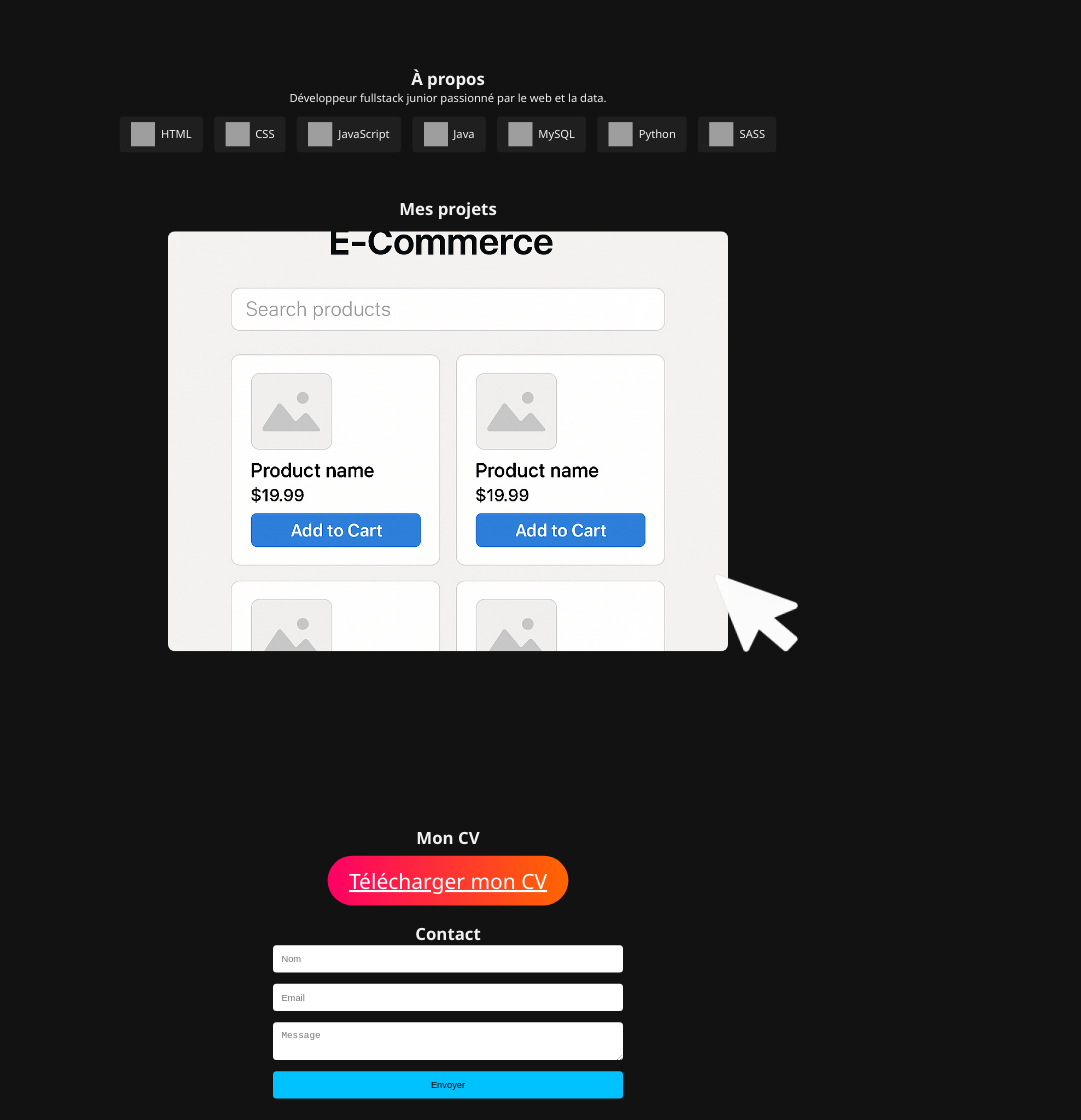
Repository: Yxniiss/ProjetCssAvance
Page: OneDrive/Bureau/Portfolio DrifYanis/home.html
These files come from the project's save history. The page is drawn as it stood at one moment and after the next save; the edit follows.
The browser window is 1280 px wide. The page is 1544 px wide, so the pictures cover 1544 px, including what lies to the right of the window. The pictures show the part of the page from y = 769 to 2369 px (the page is 2424 px tall), at 70% of full size.
Pictures or frames that could not be fetched are drawn as grey boxes.

Above is the page before, as saved 2025-04-10 11:39:08.
Console error: TypeError: Cannot set properties of null (setting 'textContent')

### OneDrive/Bureau/Portfolio DrifYanis/home.html
<!DOCTYPE html>
<html lang="fr">
<head>
  <meta charset="UTF-8" />
  <meta name="viewport" content="width=device-width, initial-scale=1.0" />
  <title>Portfolio - Yanis Drif</title>
  <link rel="stylesheet" href="/style.css" />
  <script defer src="/script.js"></script>
</head>
<body>
  <nav class="navbar">
    <div class="logo">Yanis Drif</div>
    <ul class="nav-links">
      <li><a href="#apropos">À propos</a></li>
      <li><a href="#projets">Projets</a></li>
      <li><a href="#cv">CV</a></li>
      <li><a href="#contact">Contact</a></li>
    </ul>
  </nav>

  <header class="hero">
    <img src="/image/IMG_0965 (2).jpeg" alt="Photo de profil" class="hero__image" />
    <div class="hero__content">
      <h1 class="hero__name">Yanis Drif</h1>
      <p class="hero__tagline">Développeur <span>Web</span> & Passionné de Data</p>
      <p class="hero__desc">Musique 🎧 | Jeux Vidéo 🎮 | Basket 🏀</p>
      <a href="#projets" class="btn">Voir mes projets</a>
    </div>
  </header>

  <section id="apropos" class="section about">
    <h2>À propos</h2>
    <p>Développeur fullstack junior passionné par le web et la data.</p>
    <div class="skills">
      <div class="skill"><img src="https://devicon-website.vercel.app/api/html5/original-wordmark.svg" alt="HTML">HTML</div>
      <div class="skill"><img src="https://devicon-website.vercel.app/api/css3/original-wordmark.svg" alt="CSS">CSS</div>
      <div class="skill"><img src="https://devicon-website.vercel.app/api/javascript/original.svg" alt="JavaScript">JavaScript</div>
      <div class="skill"><img src="https://devicon-website.vercel.app/api/java/original-wordmark.svg" alt="Java">Java</div>
      <div class="skill"><img src="https://devicon-website.vercel.app/api/mysql/plain-wordmark.svg" alt="MySQL">MySQL</div>
      <div class="skill"><img src="https://devicon-website.vercel.app/api/python/original-wordmark.svg" alt="Python">Python</div>
      <div class="skill"><img src="https://devicon-website.vercel.app/api/sass/original.svg" alt="SASS">SASS</div>
    </div>
  </section>

  <section id="projets" class="section projets">
    <h2>Mes projets</h2>
    <div class="projects carousel">
      <img src="image/ChatGPT Image 10 avr. 2025, 11_03_09.png" alt="Projet 1"/>
      <img src="/image/ChatGPT Image 10 avr. 2025, 11_09_31.png" alt="Projet 2" />
      <img src="/image/ChatGPT Image 10 avr. 2025, 11_11_38.png" alt="Projet 3" />
    </div>
    <div class="cursor2">
      <img src="/image/fecd8f8b-00be-49a2-b5b1-3fb5a8c2059e.png">
    </div>
  </section>

  <section id="cv" class="section cv">
    <h2>Mon CV</h2>
    <a href="/doc/CV Yanis (1) (1).pdf" download class="btn2">Télécharger mon CV</a>
  </section>

  <section id="contact" class="section contact">
    <h2>Contact</h2>
    <form class="contact-form">
      <input type="text" placeholder="Nom" required />
      <input type="email" placeholder="Email" required />
      <textarea placeholder="Message" required></textarea>
      <button type="submit">Envoyer</button>
    </form>
  </section>

  <footer>
    <p>&copy; 2025 Yanis Drif - Portfolio CSS Avancé</p>
  </footer>
</body>
</html>

### OneDrive/Bureau/Portfolio DrifYanis/style.css
* {
    margin: 0;
    padding: 0;
    box-sizing: border-box;
  }

  body {
    font-family: "Segoe UI", sans-serif;
    background-color: #121212;
    color: #f1f1f1;
  }


  .navbar {
    display: flex;
    justify-content: space-between;
    padding: 1rem 2rem;
    background-color: #1f1f1f;
  }

  .nav-links {
    display: flex;
    list-style: none;
    gap: 1.5rem;
  }

  .nav-links a {
    color: #00c2ff;
    text-decoration: none;
  }

  .hero {
    padding: 3rem 1rem;
    text-align: center;

  }

  .hero__name{
    position: relative;
    left: 280px;
    bottom:500px;

  }

  .hero__tagline{
    position: relative;
    left:280px;
    bottom:490px;
  }

  .hero__desc{
    position: relative;
    left:280px;
    bottom:490px;}

  .hero__image {
    border-radius: 25%;
    width: 400px;
    border: 1px solid #ffffff;
    margin-bottom: 1rem;
    position: relative;
    right:500px ;
  }

  .section {
    padding: 2rem 1rem;
    text-align: center;
  }

  .projects {
    display: flex;
    justify-content: center;
    gap: 1rem;
    flex-wrap: wrap;
    margin-top: 1rem;
  }

  .projects img {
    width: 800px;
    height: 600px;
    -o-object-fit: cover;
       object-fit: cover;
    border-radius: 10px;
  }

  .cursor2 img{
    width: 180px;
    position:relative;
    bottom:150px;
    left:450px;
    transform: rotate(-15deg);

  }

  .skills {
    display: flex;
    flex-wrap: wrap;
    gap: 1rem;
    justify-content: center;
    margin-top: 1rem;
  }

  .skill {
    display: flex;
    align-items: center;
    gap: 0.5rem;
    background-color: #1f1f1f;
    padding: 0.5rem 1rem;
    border-radius: 5px;
    transition: 0.3s ease, opacity 0.3s ease;
  }

  .skill:hover{
    transform: scale(1.2);
    opacity: 0.8;
  }

  .skill img {
    width: 35px;
    height: 35px;
  }

  footer {
    padding: 1rem;
    text-align: center;
    background-color: #1f1f1f;
    color: #aaa;
  }

  .btn {
    padding: 15px 30px;
    font-size: 30px;
    position: relative;
    left: 300px;
    bottom:150px;
    color:white;
    background: linear-gradient(90deg, #ff0066, #ff6600);
    border:none;
    border-radius: 50px;
    cursor: pointer;
    box-shadow: 0 4px 15px rgba(255,0,102,0);
    transition: box-shadow 0.3s ease, transform 0.3s ease;
  }

  .btn:hover{
    box-shadow: 0 10px 20px rgba(255,0,102,0.5);
    transform: translateY(-3px);
  }

  .btn2 {
    padding: 15px 30px;
    font-size: 30px;
    position: relative;
    left: 0px;
    top:25px;
    color:white;
    background: linear-gradient(90deg, #ff0066, #ff6600);
    border:none;
    border-radius: 50px;
    cursor: pointer;
    box-shadow: 0 4px 15px rgba(255,0,102,0);
    transition: box-shadow 0.3s ease, transform 0.3s ease;
  }

  .btn2:hover{
    box-shadow: 0 10px 20px rgba(255,0,102,0.5);
    transform: translateY(-3px);
  }


  .contact-form {
    max-width: 500px;
    margin: auto;
    display: flex;
    flex-direction: column;
    gap: 1rem;
  }

  .contact-form input,
  .contact-form textarea {
    padding: 0.75rem;
    border: none;
    border-radius: 5px;
  }

  .contact-form button {
    background-color: #00c2ff;
    color: #000;
    padding: 0.75rem;
    border: none;
    border-radius: 5px;
    cursor: pointer;
  }

  .start h1{
    text-align: left;
    margin-top: 100px;
    font-size: 35px;
    margin-left: 100px;
  }

  .start h2{
    text-align: left;
    margin-top: 1px;
    font-size: 70px;
    margin-left: 100px;
  }

  .start h3{
    text-align: left;
    margin-top: 1px;
    font-size: 35px;
    margin-left: 100px;
  }

  #mot {
    color:#00c2ff;
  }

  #cursor{
    display: inline-block;
    width: 10px;
    background-color:black;
    animation: blink 0.8s step-end infinite;
  }

  @keyframes blink{
    50% {
      opacity: 0;
    }
  }

  @keyframes typing{
    from{
      width: 0;
    }
    to{
      width: 100%;
    }
  }

  #main{
    opacity: 0;
    transform: translateY(0);
    transition: opacity 5s ease, transform 5s ease;
  }

  body.loaded #main{
    opacity: 1;
    transform: translateY(0);
  }


  .start p{
    text-align: left;
    margin-left: 100px;
    margin-top: 20px;
    font-size: 20px;
  }

  .ntwrks {
    position: absolute;
    top: 410px;
    left: 110px;
    display: flex;
    flex-wrap: wrap;
    gap: 1rem;
  }

  .ntwrk {
    display: flex;
    align-items: center;
    gap: 0.5rem;
    background-color: #1f1f1f;
    padding: 1rem 1rem;
    border-radius: 100px;
    transition: 0.3s ease, opacity 0.3s ease;
  }

  .ntwrk:hover{
    transform: scale(1.2);
    opacity: 0.8;
  }

  .ntwrk img {
    width: 30px;
    height: 30px;
  }

  .modern-button{
    background-color:#00c2ff;
    font-size: 16px;
    font-weight: bold;
    border:none;
    padding: 15px 30px;
    border-radius: 25px;
    cursor: pointer;
    outline: none;
    position: relative;
    right:550px;
    top:120px;
    animation:glow 1.5s infinite alternate;
    transition: 0.3s ease, opacity 0.3s ease;
  }

  .modern-button a{
    color:white;
    text-decoration: none;
  }

  .modern-button:hover{
    transform: scale(1.2);
    opacity: 1;
  }

  @keyframes glow{
    0%{
      box-shadow: 0 0 10px 5px rgba(0, 194, 255, 0.6), 0 0 20px 10px rgba(0, 194, 255, 0.4);
    }
    100%{
      box-shadow: 0 0 20px 10px rgba(0, 194, 255, 1), 0 0 30px 15px rgba(0, 194, 255, 0.8);
    }
  }

  .image{
    max-width: 30%;
    position: relative;
    bottom: 350px;
    left: 350px;
  }

### OneDrive/Bureau/Portfolio DrifYanis/script.js

document.addEventListener('DOMContentLoaded', () => {
    // Scroll fluide
    document.querySelectorAll('a[href^="#"]').forEach(anchor => {
      anchor.addEventListener('click', function (e) {
        e.preventDefault();
        const target = document.querySelector(this.getAttribute('href'));
        if (target) {
          target.scrollIntoView({ behavior: 'smooth' });
        }
      });
    });

    // Carrousel automatique
    const images = document.querySelectorAll('.carousel img');
    let currentIndex = 0;

    function showSlide(index) {
      images.forEach((img, i) => {
        img.style.display = i === index ? 'block' : 'none';
      });
    }

    function nextSlide() {
      currentIndex = (currentIndex + 1) % images.length;
      showSlide(currentIndex);
    }

    if (images.length > 0) {
      showSlide(currentIndex);
      setInterval(nextSlide, 3000); // change every 3 seconds
    }
  });

  const mot = ["Etudiant", "Developpeur web", "Pasionné de code","Developpeur fullstack"];
  let index = 0;
  const element = document.getElementById("mot");
  const cursor = document.getElementById("cursor");

  let typingInterval;
  let currentWord = "";
  let currentCharIndex = 0;

  function  commencerTypingAnimation(){
    currentWord=mot[index];
    currentCharIndex = 0;
    element.textContent = '';

    typingInterval = setInterval(() =>{
      element.textContent += currentWord.charAt(currentCharIndex);
      currentCharIndex++;

      if(currentCharIndex === currentWord.length){
        clearInterval(typingInterval);
        setTimeout(changerMot,1000);
      }
    },150);
  }

  function changerMot(){
    element.textContent=mot[index];
    index++;
    if(index===mot.length){
      index=0;
    }
    commencerTypingAnimation();
  }
  commencerTypingAnimation();

  window.addEventListener('load', function () {
    document.body.classList.add('loaded');
  });

After the next save:
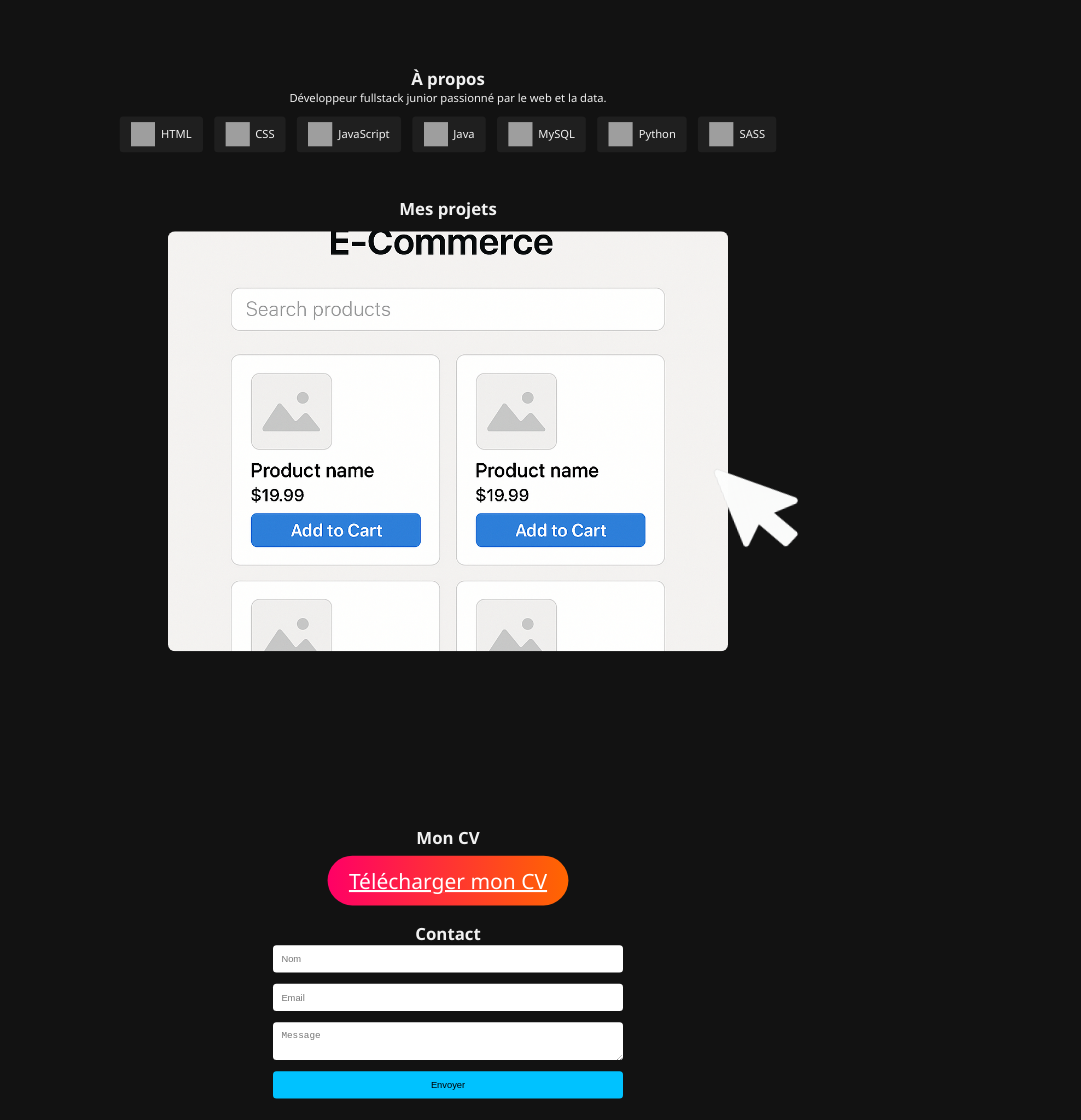
Saved 15 s later.
--- a/OneDrive/Bureau/Portfolio DrifYanis/style.css
+++ b/OneDrive/Bureau/Portfolio DrifYanis/style.css
@@ -86,7 +86,7 @@
   .cursor2 img{
     width: 180px;
     position:relative;
-    bottom:150px;
+    bottom:300px;
     left:450px;
     transform: rotate(-15deg);
 
